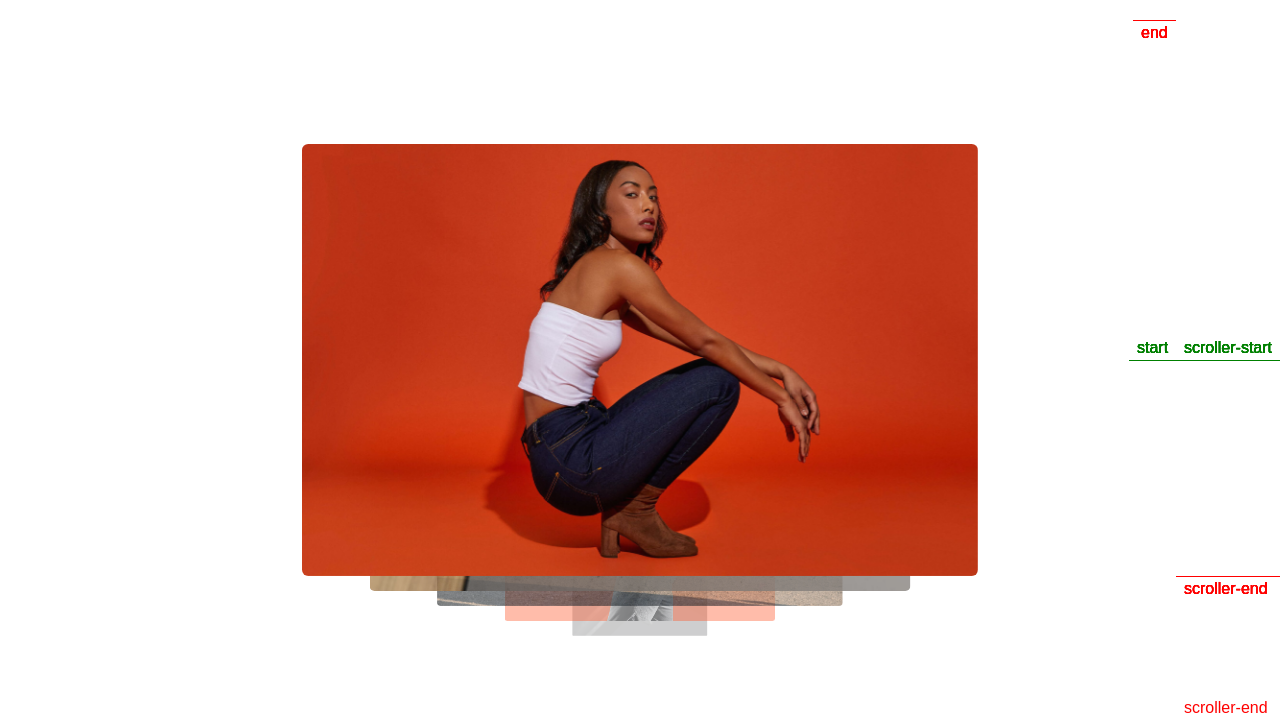
Repository: lwygold/motion
Page: layout/이미지 위로 계속 올라가는레이아웃.html
These files come from the project's save history. The page is drawn as it stood at one moment and after the next save; the edit follows.
The browser window is 1280 px wide. The pictures show the window.
A layer covers the whole window, so only the first screen is drawn.

Above is the page before, as saved 2023-02-21 13:45:05.

### layout/이미지 위로 계속 올라가는레이아웃.html
<!DOCTYPE html>
<html lang="ko">

<head>
    <meta http-equiv="Content-Type" content="text/html;charset=utf-8" />
    <meta name="viewport" content="width=device-width, user-scalable=no, target-densitydpi=medium-dpi" />
    <meta name="apple-mobile-web-app-capable" content="yes" />
    <meta name="format-detection" content="telephone=no" />
    <meta http-equiv="X-UA-Compatible" content="IE=edge" />
    <meta http-equiv="x-rim-auto-match" content="none" />
    <link rel="shortcut icon" href="./images/favicon.ico" />
    <link rel="stylesheet" type="text/css" href="../assets/css/slick.css" />
    <link rel="stylesheet" type="text/css" href="../assets/css/common.css" />
    <link rel="stylesheet" type="text/css" href="../assets/css/main.css" />
    <link rel="stylesheet" type="text/css" href="../assets/css/sub.css" />
    <title>테스트</title>
    <script src="../assets/js/jquery-3.3.1.min.js"></script>
    <script src="../assets/js/jquery-ui.min.js"></script>
    <script src="../assets/js/slick.min.js"></script>
    <script src="../assets/js/gsap.js"></script>
    <script src="../assets/js/gsap_scroll_trigger.js"></script>
    <script src="../assets/js/green.js"></script>
    <script src="../assets/js/common.js"></script>
    <script src="../assets/js/main.js"></script>
    <script src="../assets/js/sub.js"></script>
</head>

<style>
    section {
        width: 100vw;
        height: 100vh;
    }

    section ul {
        align-items: center;
        display: flex;
        height: 100%;
        justify-content: center;
        left: 0;
        position: fixed;
        top: 0;
        width: 100%;
        max-height: 100vh;
    }

    section ul li {
        border-radius: 0.4861111111vw;
        cursor: pointer;
        height: 60vh;
        overflow: hidden;
        position: absolute;
        -webkit-transform-origin: bottom;
        transform-origin: bottom;
        width: 52.7777777744vw;
        will-change: transform, opacity;
    }



    section ul li:nth-child(1) {
        z-index: 5;
    }

    section ul li:nth-child(2) {
        z-index: 4;
    }

    section ul li:nth-child(3) {
        z-index: 3;
    }

    section ul li:nth-child(4) {
        z-index: 2;
    }

    section ul li:nth-child(5) {
        z-index: 1;
    }


    section ul li div {
        height: 100%;
        -webkit-transform: none;
        transform: none;
        transition: -webkit-transform 1.2s cubic-bezier(.165, .84, .44, 1);
        transition: transform 1.2s cubic-bezier(.165, .84, .44, 1);
        transition: transform 1.2s cubic-bezier(.165, .84, .44, 1), -webkit-transform 1.2s cubic-bezier(.165, .84, .44, 1);
        width: 100%;
        will-change: transform;
    }

    section ul li div img {
        height: 100%;
        -o-object-fit: cover;
        object-fit: cover;
        -o-object-position: center;
        object-position: center;
        width: 100%;
        -webkit-transform: none;
        transform: none;
        -webkit-transform-origin: center;
        transform-origin: center;
        transition: -webkit-transform 1.6s cubic-bezier(.165, .84, .44, 1);
        transition: transform 1.6s cubic-bezier(.165, .84, .44, 1);
        transition: transform 1.6s cubic-bezier(.165, .84, .44, 1), -webkit-transform 1.6s cubic-bezier(.165, .84, .44, 1);
        width: 100%;
        will-change: transform;
    }

    section ul li div img:hover {
        -webkit-transform: scale(1.1);
        transform: scale(1.1);
    }
</style>

<body>

    <section class="s1">
        <ul>
            <li class="panel s1-1 panel_first">
                <div>
                    <img src="./images/1.jpg" alt="">
                </div>
            </li>
            <li class="panel s1-2">
                <div>
                    <img src="./images/2.jpg" alt="">
                </div>
            </li>
            <li class="panel s1-3">
                <div>
                    <img src="./images/3.jpg" alt="">
                </div>
            </li>
            <li class="panel s1-4">
                <div>
                    <img src="./images/4.jpg" alt="">
                </div>
            </li>
            <li class="panel s1-5">
                <div>
                    <img src="./images/5.jpg" alt="">
                </div>
            </li>
            <li class="panel s1-6">
                <div>
                    <img src="./images/6.jpg" alt="">
                </div>
            </li>
            <li class="panel s1-7">
                <div>
                    <img src="./images/6.jpg" alt="">
                </div>
            </li>
        </ul>
    </section>


    <script>

        const $ul = $('ul');
        const $li = $('ul li');
        const li_cnt = $('ul li').length;

        $li.each((i, e) => {
            $(e).css("transform", "translateY(" + i * 15 + "px) scale(" + (1 - (0.1 * (i * (2)))) + ")");
            $(e).css("opacity", 1 - (0.1 * (i * (2))));
            $(e).attr("filter", "grayscale(" + i * 33 + "%);");
        });



        $(function () {

            gsap.registerPlugin(ScrollTrigger);

            let panels = gsap.utils.toArray(".panel");

            let tl1 = gsap.timeline({
                scrollTrigger: {
                    trigger: $ul,
                    start: "center center",
                    end: () => innerHeight * 3,
                    pin: true,
                    scrub: true,
                    markers: true,
                }
            });

            let tl2 = gsap.timeline({
                scrollTrigger: {
                    trigger: 'section',
                    start: "center center",
                    end:'20px 80%',
                    scrub: true,
                    markers: true,
                }
            });

            let tl3 = gsap.timeline({
                scrollTrigger: {
                    trigger: 'section',
                    start: "center center",
                    end:'20px 80%',
                    scrub: true,
                    markers: true,
                }
            });

            let tl4 = gsap.timeline({
                scrollTrigger: {
                    trigger: 'section',
                    start: "center center",
                    end:'20px 80%',
                    scrub: true,
                    markers: true,
                }
            });

            let tl5 = gsap.timeline({
                scrollTrigger: {
                    trigger: 'section',
                    start: "center center",
                    end:'20px 80%',
                    scrub: true,
                    markers: true,
                }
            });

            let tl6 = gsap.timeline({
                scrollTrigger: {
                    trigger: 'section',
                    start: "center center",
                    end:'20px 80%',
                    scrub: true,
                    markers: true,
                }
            });

            panels.forEach((panel, i) => {

                tl1.to(panel, {
                    yPercent: -150,
                });


            });

















        });

    </script>
</body>

</html>

### assets/css/common.css
@charset "utf-8";

@font-face {
  font-family: "NotoSansKR";
  font-style: normal;
  font-weight: 100;
  src: url(fonts/NotoSansKR-ExtraLight.woff) format("woff");
}

@font-face {
  font-family: "NotoSansKR";
  font-style: normal;
  font-weight: 200;
  src: url(fonts/NotoSansKR-Light.woff) format("woff");
}

@font-face {
  font-family: "NotoSansKR";
  font-style: normal;
  font-weight: 300;
  src: url(fonts/NotoSansKR-DemiLight.woff) format("woff");
}

@font-face {
  font-family: "NotoSansKR";
  font-style: normal;
  font-weight: 400;
  src: url(fonts/NotoSansKR-Regular.woff) format("woff");
}

@font-face {
  font-family: "NotoSansKR";
  font-style: normal;
  font-weight: 500;
  src: url(fonts/NotoSansKR-Medium.woff) format("woff");
}

@font-face {
  font-family: "NotoSansKR";
  font-style: normal;
  font-weight: 600;
  src: url(fonts/NotoSansKR-Bold.woff) format("woff");
}

@font-face {
  font-family: "NotoSansKR";
  font-style: normal;
  font-weight: 700;
  src: url(fonts/NotoSansKR-Bold-Hestia.woff) format("woff");
}

@font-face {
  font-family: "NotoSansKR";
  font-style: normal;
  font-weight: 800;
  src: url(fonts/NotoSansKR-Black-Hestia.woff) format("woff");
}

@font-face {
  font-family: "Montserrat";
  font-style: normal;
  font-weight: 100;
  src: url(fonts/Montserrat-ExtraLight.woff) format("woff");
}

@font-face {
  font-family: "Montserrat";
  font-style: normal;
  font-weight: 200;
  src: url(fonts/Montserrat-Light.woff) format("woff");
}

@font-face {
  font-family: "Montserrat";
  font-style: normal;
  font-weight: 300;
  src: url(fonts/Montserrat-Regular.woff) format("woff");
}

@font-face {
  font-family: "Montserrat";
  font-style: normal;
  font-weight: 400;
  src: url(fonts/Montserrat-Regular.woff) format("woff");
}

@font-face {
  font-family: "Montserrat";
  font-style: normal;
  font-weight: 500;
  src: url(fonts/Montserrat-Medium.woff) format("woff");
}

@font-face {
  font-family: "Montserrat";
  font-style: normal;
  font-weight: 600;
  src: url(fonts/Montserrat-Bold.woff) format("woff");
}

@font-face {
  font-family: "Montserrat";
  font-style: normal;
  font-weight: 700;
  src: url(fonts/Montserrat-ExtraBold.woff) format("woff");
}

@font-face {
  font-family: "Montserrat";
  font-style: normal;
  font-weight: 800;
  src: url(fonts/Montserrat-ExtraBlack.woff) format("woff");
}

@font-face {
  font-family: "Saira";
  font-style: normal;
  font-weight: 100;
  src: url(fonts/Saira-ExtraLight.woff) format("woff");
}

@font-face {
  font-family: "Saira";
  font-style: normal;
  font-weight: 200;
  src: url(fonts/Saira-Light.woff) format("woff");
}

@font-face {
  font-family: "Saira";
  font-style: normal;
  font-weight: 300;
  src: url(fonts/Saira-Regular.woff) format("woff");
}

@font-face {
  font-family: "Saira";
  font-style: normal;
  font-weight: 400;
  src: url(fonts/Saira-Regular.woff) format("woff");
}

@font-face {
  font-family: "Saira";
  font-style: normal;
  font-weight: 500;
  src: url(fonts/Saira-Medium.woff) format("woff");
}

@font-face {
  font-family: "Saira";
  font-style: normal;
  font-weight: 600;
  src: url(fonts/Saira-Bold.woff) format("woff");
}

@font-face {
  font-family: "Saira";
  font-style: normal;
  font-weight: 700;
  src: url(fonts/Saira-ExtraBold.woff) format("woff");
}

@font-face {
  font-family: "Saira";
  font-style: normal;
  font-weight: 800;
  src: url(fonts/Saira-Black.woff) format("woff");
}

@font-face {
  font-family: "NanumSquare";
  font-style: normal;
  font-weight: 200;
  src: url(fonts/NanumSquareL.woff) format("woff");
}

@font-face {
  font-family: "NanumSquare";
  font-style: normal;
  font-weight: 400;
  src: url(fonts/NanumSquareR.woff) format("woff");
}

@font-face {
  font-family: "NanumSquare";
  font-style: normal;
  font-weight: 600;
  src: url(fonts/NanumSquareB.woff) format("woff");
}

@font-face {
  font-family: "NanumSquare";
  font-style: normal;
  font-weight: 700;
  src: url(fonts/NanumSquareEB.woff) format("woff");
}

@font-face {
  font-family: "play";
  font-style: normal;
  font-weight: 400;
  src: url(fonts/Play-Regular.woff) format("woff");
}

@font-face {
  font-family: "play";
  font-style: normal;
  font-weight: 600;
  src: url(fonts/Play-Bold.woff) format("woff");
}

@font-face {
  font-family: "Lovelace";
  font-style: normal;
  font-weight: 100;
  src: url(fonts/Lovelace-ExtraLight.woff) format("woff");
}

@font-face {
  font-family: "Lovelace";
  font-style: normal;
  font-weight: 200;
  src: url(fonts/Lovelace-Light.woff) format("woff");
}

@font-face {
  font-family: "Lovelace";
  font-style: normal;
  font-weight: 400;
  src: url(fonts/Lovelace-Regular.woff) format("woff");
}

@font-face {
  font-family: "Lovelace";
  font-style: normal;
  font-weight: 500;
  src: url(fonts/Lovelace-Medium.woff) format("woff");
}

@font-face {
  font-family: "Lovelace";
  font-style: normal;
  font-weight: 600;
  src: url(fonts/Lovelace-Bold.woff) format("woff");
}

@font-face {
  font-family: "Lovelace";
  font-style: normal;
  font-weight: 700;
  src: url(fonts/Lovelace-ExtraBold.woff) format("woff");
}

* {
  font-family: "NotoSansKR";
  box-sizing: border-box;
}

/* 여백 초기화 */
html,
body,
div,
span,
object,
iframe,
h1,
h2,
h3,
h4,
h5,
h6,
p,
blockquote,
pre,
abbr,
address,
cite,
code,
del,
dfn,
em,
img,
ins,
kbd,
q,
samp,
small,
strong,
sub,
sup,
var,
b,
i,
dl,
dt,
dd,
ol,
ul,
li,
fieldset,
form,
label,
legend,
table,
caption,
tbody,
tfoot,
thead,
tr,
th,
td,
article,
aside,
canvas,
details,
figcaption,
figure,
footer,
header,
hgroup,
menu,
nav,
section,
summary,
time,
mark,
audio,
video {
  margin: 0;
  padding: 0;
  border: 0;
  outline: 0;
  font-size: 100%;
  vertical-align: baseline;
  background: transparent;
}

* {
  -webkit-text-size-adjust: none;
  -moz-text-size-adjust: none;
  -ms-text-size-adjust: none;
}

html,
body {
  position: relative;
  margin: 0 auto;
  height: 100%;
  width: 100%;
}

body {
  line-height: 1;
}

article,
aside,
details,
figcaption,
figure,
footer,
header,
hgroup,
menu,
nav,
section {
  display: block;
}

ul,
li {
  list-style: none;
}

blockquote,
q {
  quotes: none;
}

blockquote:before,
blockquote:after,
q:before,
q:after {
  content: "";
  content: none;
}

a {
  margin: 0;
  padding: 0;
  color: #000;
  font-size: 100%;
  text-decoration: none;
  vertical-align: baseline;
  background: transparent;
}

del {
  text-decoration: line-through;
}

abbr[title],
dfn[title] {
  border-bottom: 1px dotted;
  cursor: help;
}

table {
  border-collapse: collapse;
  border-spacing: 0;
}

/* change border colour to suit your needs */

hr {
  display: block;
  height: 1px;
  border: 0;
  border-top: 1px solid #cccccc;
  margin: 1em 0;
  padding: 0;
}

input,
select {
  vertical-align: middle;
}

/*-------------------------------------------------------------------
    @input style
-------------------------------------------------------------------*/

button {
  -webkit-appearance: none;
  appearance: none;
  -webkit-border-radius: 0;
  border-radius: 0;
}

input[type="button"],
input[type="reset"],
input[type="text"],
input[type="password"],
input[type="submit"],
input[type="search"],
input[type="tel"],
input[type="email"] {
  -webkit-appearance: none;
  appearance: none;
  -webkit-border-radius: 0;
  border-radius: 0;
  font-size: 16px;
}

/*-------------------------------------------------------------------
    @select
-------------------------------------------------------------------*/
select {
  font-family: "Noto Sans KR";
  font-size: 19px;
  -webkit-appearance: none;
  -moz-appearance: none;
  appearance: none;
  background-image: url(../images/sl_btn.png);
  background-repeat: no-repeat;
  background-position: 93% 50%;
  background-size: 15px;
  background-color: #fff;
  border: none;
  width: 100%;
}

/*-------------------------------------------------------------------
    @select IE10,11의 네이티브 화살표 숨기기
-------------------------------------------------------------------*/
select::-ms-expand {
  display: none;
}

/*-------------------------------------------------------------------
    @clearfix
-------------------------------------------------------------------*/
.clearfix {
  *zoom: 1;
}

.clearfix:before,
.clearfix:after {
  display: block;
  content: "";
  line-height: 0;
}

.clearfix:after {
  clear: both;
}

.fl {
  float: left;
}

.fr {
  float: right;
}

/*-------------------------------------------------------------------
    @공통서브
-------------------------------------------------------------------*/

section {
  box-sizing: border-box;
  overflow: hidden;
  position: relative;
  width: 100%;
  max-width: 1920px;
  margin: 0 auto;
}

.inner {
  width: 100%;
  max-width: 1280px;
  padding: 0px 40px;
  box-sizing: border-box;
}

/* 가로 양옆으로  */
.flex__lrc,
.flex__lrc2 {
  display: flex;
  flex-direction: row;
  flex-wrap: wrap;
  justify-content: space-between;
  align-items: center;
}

.flex__lrt,
.flex__lrt2 {
  display: flex;
  flex-direction: row;
  flex-wrap: wrap;
  justify-content: space-between;
  align-items: flex-start;
}

.flex__lrb,
.flex__lrb2 {
  display: flex;
  flex-direction: row;
  flex-wrap: wrap;
  justify-content: space-between;
  align-items: flex-end;
}

/* 가로 가운데 새로 가운데 */
.flex__cc,
.flex__cc1,
.flex__cc2 {
  display: flex;
  flex-direction: row;
  flex-wrap: wrap;
  justify-content: center;
  align-items: center;
}

.flex__lrc2 > div,
.flex__lrt2 > div,
.flex__lrb2 > div,
.flex__cc2 > div {
    width: 50%;
}

.h100 {
    height: 100%;
}

.w100 {
    width: 100%;
}

.row2,
.row3,
.row4,
.row5 {
    display: flex;
    flex-direction: row;
    flex-wrap: wrap;
}

.row2 > .col {
    width: 50%;
}

.row3 > .col {
    width: 33.33%;
}

.row4 > .col {
    width: 25%;
}

.row5 > .col {
    width: 20%;
}


@media only screen and (max-width: 640px) {
}

### assets/css/main.css
body {
 font-size:0;
}


section.section4 {
 height: 400vh;
}

.header-section {
 padding: 0 15px;
 text-align: center;
 margin: 0;
 height: 100vh;
 color: #000;
 font-size: 35px;
 display: flex;
 align-items: center;
 justify-content: center;
}

.nav {
 display: flex;
 position: fixed;
 right:100px;
 top:50%;
 transform: translateY(-50%);
 z-index: 11;
}

.nav > div {
 position: relative;
 width: 2px;
 height: 55px;
 background: transparent;
 z-index: 1;
}

.nav > div:after {
 content:'';
 position: absolute;
 left:0;
 top:0;
 width:3px;
 height: 55px;
 background: rgba(255,255,255, 0.3);
 z-index: 2;
}

.nav div > div {
 position: absolute;
 left:0;
 top:0;
 width:2px;
 height:0;
 background: #fff;
}


.gridBlock {
 opacity: 0;
}


/* Grid almost fully pulled from https://www.rino-pelle.com/ */
.grid-container {
 width: 100vw;
 height: 400vh;
 position: relative;
}
.grid {
 top: 0;
 left: 0;
 z-index: 1;
 width: 70vw;
 height: 60vw;
 margin: 0 calc(100vw / 20 * 3);
 position: absolute;

}
@media only screen and (max-width: 580px) {
 .grid {
 margin: 0;
 width: 100vw;
 height: 89.444vw;
}
}
.gridBlock {
 background-size: cover;
 background-color: darkgray;
}
.gridLayer {
 top: 0;
 left: 0;
 width: 100%;
 height: 100%;
 position: absolute;
 will-change: transform;
 transform-origin: 44.951% 50%;
}
.gridLayer:nth-child(1) .gridBlock {
 top: 5vw;
 left: 20vw;
 width: 10vw;
 height: 10vw;
}
@media only screen and (max-width: 580px) {
 .gridLayer:nth-child(1) .gridBlock {
 top: 11.111vw;
 left: 23.889vw;
 width: 15vw;
 height: 15vw;
}
}
.gridLayer:nth-child(2) .gridBlock {
 top: 0;
 left: 32.5vw;
 width: 15vw;
 height: 15vw;
}
@media only screen and (max-width: 580px) {
 .gridLayer:nth-child(2) .gridBlock {
 top: 0;
 left: 43.333vw;
 width: 26.389vw;
 height: 26.389vw;
}
}
.gridLayer:nth-child(3) .gridBlock {
 left: 0;
 top: 25vw;
 width: 15vw;
 height: 15vw;
}
@media only screen and (max-width: 580px) {
 .gridLayer:nth-child(3) .gridBlock {
 top: 30.278vw;
 left: 0;
 width: 26.389vw;
 height: 26.389vw;
}
}
.gridLayer:nth-child(4) .gridBlock {
 top: 17.5vw;
 left: 17.5vw;
 width: 30vw;
 height: 30vw;
}
@media only screen and (max-width: 580px) {
 .gridLayer:nth-child(4) .gridBlock {
 top: 30.278vw;
 left: 30.278vw;
 width: 39.444vw;
 height: 39.444vw;
}
}
.gridLayer:nth-child(5) {
 z-index: 1;
}
.gridLayer:nth-child(5) .gridBlock {
 top: 20vw;
 left: 50vw;
 width: 5vw;
 height: 5vw;
}
@media only screen and (max-width: 580px) {
 .gridLayer:nth-child(5) .gridBlock {
 top: 23.889vw;
 left: 73.889vw;
 width: 15.278vw;
 height: 15.278vw;
}
}
.gridLayer:nth-child(5) a {
 height: 100%;
 display: flex;
 align-items: center;
 justify-content: center;
}
.gridLayer:nth-child(5) svg {
 width: 1.75vw;
}
@media only screen and (max-width: 580px) {
 .gridLayer:nth-child(5) svg {
 width: 4.722vw;
}
}
.gridLayer:nth-child(6) .gridBlock {
 left: 50vw;
 top: 27.5vw;
 width: 20vw;
 height: 20vw;
}
@media only screen and (max-width: 580px) {
 .gridLayer:nth-child(6) .gridBlock {
 top: 43.889vw;
 left: 73.889vw;
 width: 26.389vw;
 height: 26.389vw;
}
}
.gridLayer:nth-child(7) .gridBlock {
 left: 10vw;
 top: 42.5vw;
 width: 5vw;
 height: 5vw;
}
@media only screen and (max-width: 580px) {
 .gridLayer:nth-child(7) .gridBlock {
 display: none;
}
}
.gridLayer:nth-child(8) .gridBlock {
 bottom: 5vw;
 left: 42.5vw;
 width: 5vw;
 height: 5vw;
}
@media only screen and (max-width: 580px) {
 .gridLayer:nth-child(8) .gridBlock {
 display: none;
}
}
.gridLayer:nth-child(9) .gridBlock {
 bottom: 0;
 left: 50vw;
 width: 10vw;
 height: 10vw;
}
@media only screen and (max-width: 580px) {
 .gridLayer:nth-child(9) .gridBlock {
 top: 73.889vw;
 left: 58.889vw;
 width: 15.278vw;
 height: 15.278vw;
}
}
.gridBlock {
 display: block;
 position: absolute;
}



@media only screen and (max-width: 640px) {

}

### assets/css/sub.css

@media only screen and (max-width: 640px) {

}

### assets/js/common.js
var clickType = "click";
if ("ontouchstart" in document.documentElement) {
    clickType = "touchstart";
}
$(function () {

})

### assets/js/main.js
$(function () {



});

### assets/js/sub.js
$(function () {

})

Loaded but not shown: assets/css/slick.css (common file); assets/js/jquery-3.3.1.min.js (library); assets/js/jquery-ui.min.js (library); assets/js/slick.min.js (library); assets/js/gsap.js (library); assets/js/gsap_scroll_trigger.js (library); assets/js/green.js (187 lines, source omitted)

After the next save:
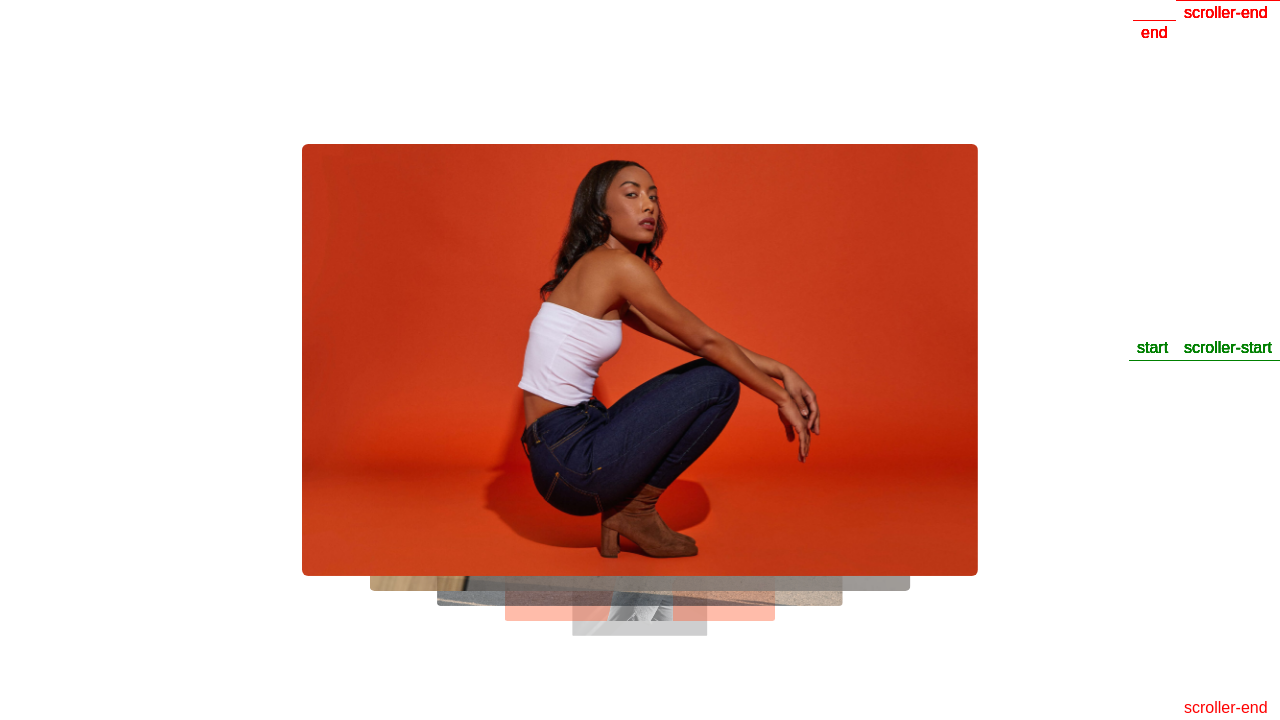
Saved 20 s later.
--- a/layout/이미지 위로 계속 올라가는레이아웃.html
+++ b/layout/이미지 위로 계속 올라가는레이아웃.html
@@ -191,7 +191,7 @@
                 scrollTrigger: {
                     trigger: 'section',
                     start: "center center",
-                    end:'20px 80%',
+                    end:'20px 0%',
                     scrub: true,
                     markers: true,
                 }
@@ -201,7 +201,7 @@
                 scrollTrigger: {
                     trigger: 'section',
                     start: "center center",
-                    end:'20px 80%',
+                    end:'20px 0%',
                     scrub: true,
                     markers: true,
                 }
@@ -211,7 +211,7 @@
                 scrollTrigger: {
                     trigger: 'section',
                     start: "center center",
-                    end:'20px 80%',
+                    end:'20px 0%',
                     scrub: true,
                     markers: true,
                 }
@@ -221,7 +221,7 @@
                 scrollTrigger: {
                     trigger: 'section',
                     start: "center center",
-                    end:'20px 80%',
+                    end:'20px 0%',
                     scrub: true,
                     markers: true,
                 }
@@ -231,7 +231,7 @@
                 scrollTrigger: {
                     trigger: 'section',
                     start: "center center",
-                    end:'20px 80%',
+                    end:'20px 0%',
                     scrub: true,
                     markers: true,
                 }
